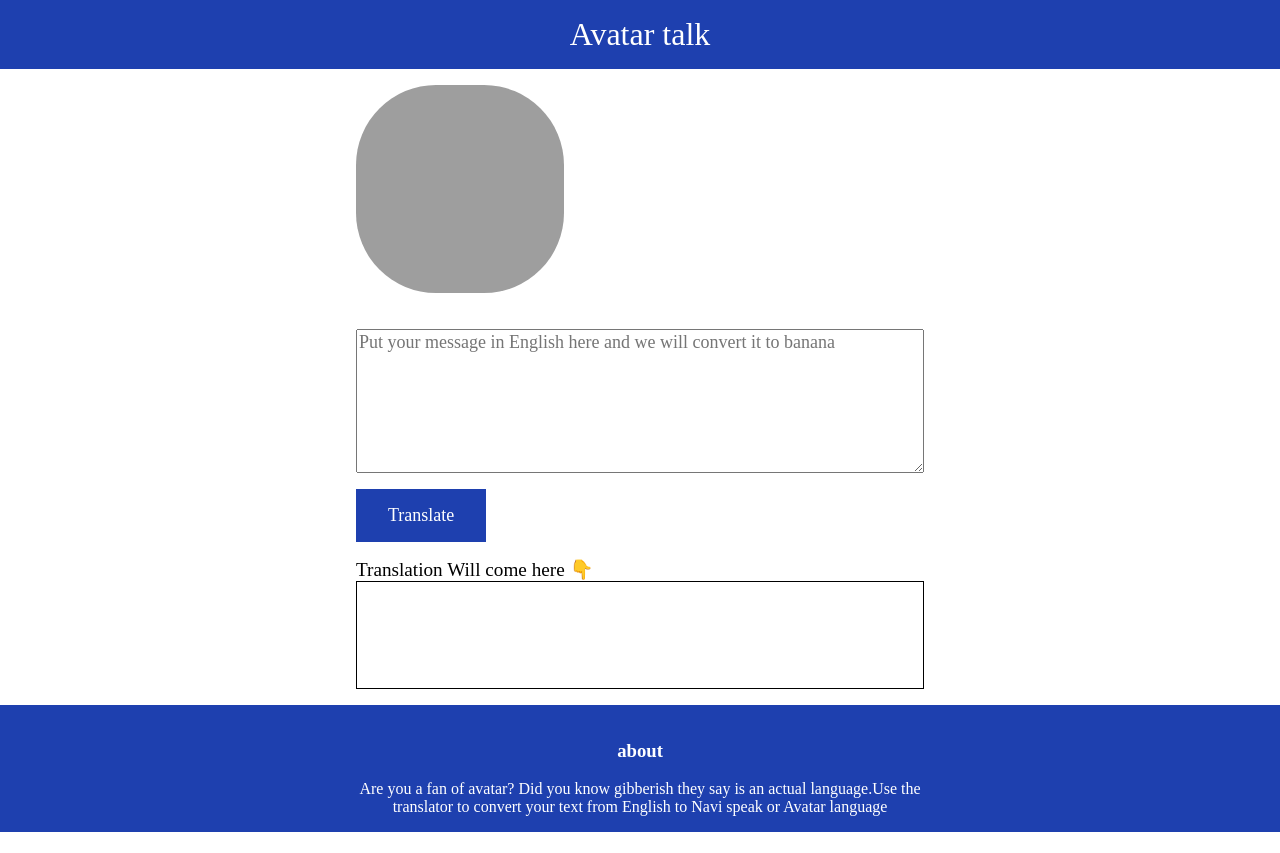
Repository: sohan2503001/Avator-speak
Page: index.html
An editor plug-in stored every save of this project. The page is shown before and after a run of saves, followed by the edit.
The browser window is 1280 px wide. The pictures show the whole page.
Pictures or frames that could not be fetched are drawn as grey boxes.

Above is the page before, as saved 2021-04-21 13:24:55.

### index.html
<!DOCTYPE html>
<html lang="en">

<head>
    <meta charset="UTF-8">
    <meta http-equiv="X-UA-Compatible" content="IE=edge">
    <meta name="viewport" content="width=device-width, initial-scale=1.0">
    <title>Avatar Speak</title>
    <link rel="stylesheet" href="style.css">
</head>

<body>
    <nav>
        <div class="head">Avatar talk</div>
    </nav>

    <main>
        <div class="images">
            <img src="https://wallpaper-mania.com/wp-content/uploads/2018/09/High_resolution_wallpaper_background_ID_77701153922.jpg" alt="avator image" >
        </div>
        <textarea id="txt-input"
            placeholder="Put your message in English here and we will convert it to banana"></textarea>
        <button id="btn-translate">Translate</button>
        <div style="font-size: larger;">Translation Will come here 👇</div>
        <div id="output"></div>
    </main>

    <footer class="footer">
        <h3 >about</h3>
        <p >Are you a fan of avatar? Did you know gibberish they
            say is an actual language.Use the translator to convert
            your text from English to Navi speak or Avatar language</p>
    </footer>
    <script src="app.js" type="text/javascript"></script>
</body>

</html>

### style.css
@import url('https://fonts.googleapis.com/css2?family=Ubuntu+Mono:ital@1&display=swap');

* {
    box-sizing: border-box;
}

:root{
    --primary-color:#1E40AF;
    --width-break:600px;
    --secondary-color:white;
}

body{
    margin: 0;
    font-family: 'Ubuntu' , cursive;
}

/**header**/
nav{
    background-color: var(--primary-color);
    text-align: center;
    margin: 0;
}

.head{
    font-size: 2rem;
    padding: 1rem;
    color: var(--secondary-color);
}

/**Center**/
main{
    margin: auto;
    padding: 1rem;
    max-width: var(--width-break);
}

img{
    height: 13rem;
    width: 13rem;
    border-radius: 5rem;
}

textarea{
    box-sizing: border-box;
    width: 100%;
    min-height: 20vh;
    display: block;
    margin-top: 2rem;
    font-family: inherit;
    font-size: large;
}

#btn-translate{
    padding: 1rem 2rem;
    margin: 1rem 0rem;
    background-color: var(--primary-color);
    border: none;
    color: var(--secondary-color);
    font-family: 'Ubuntu' , cursive;
    font-size: large;
}

#output{
    box-sizing: border-box;
    border: 1px solid black;
    min-height: 15vh;
    max-height: 20vh;
    width: 100%;
    font-size: large;
}

/**footer**/
footer{
    background-color: var(--primary-color);
    margin: 0;
    padding: 1rem;
    width: 100%;
    bottom: 0;
    text-align: center;
}

.footer h3{
    color: var(--secondary-color);
}

footer p{
    color: var(--secondary-color);
    margin: auto;
    max-width: var(--width-break);
}

### app.js
var btnTranslate = document.querySelector("#btn-translate");
var txtInput = document.querySelector("#txt-input");
var outputDiv = document.querySelector("#output");

var serverURL = "https://api.funtranslations.com/translate/navi.json"

function getTranslationURL(text) {
    return serverURL + "?" + "text=" + text
}

function clickHandler() {
    var inputText = txtInput.value;
    fetch(getTranslationURL(inputText))
        .then(response => response.json())
        .then(json => {
            var translatedText = json.contents.translated;
            outputDiv.innerHTML = translatedText;
        })
};

btnTranslate.addEventListener("click", clickHandler);

After the next 2 saves:
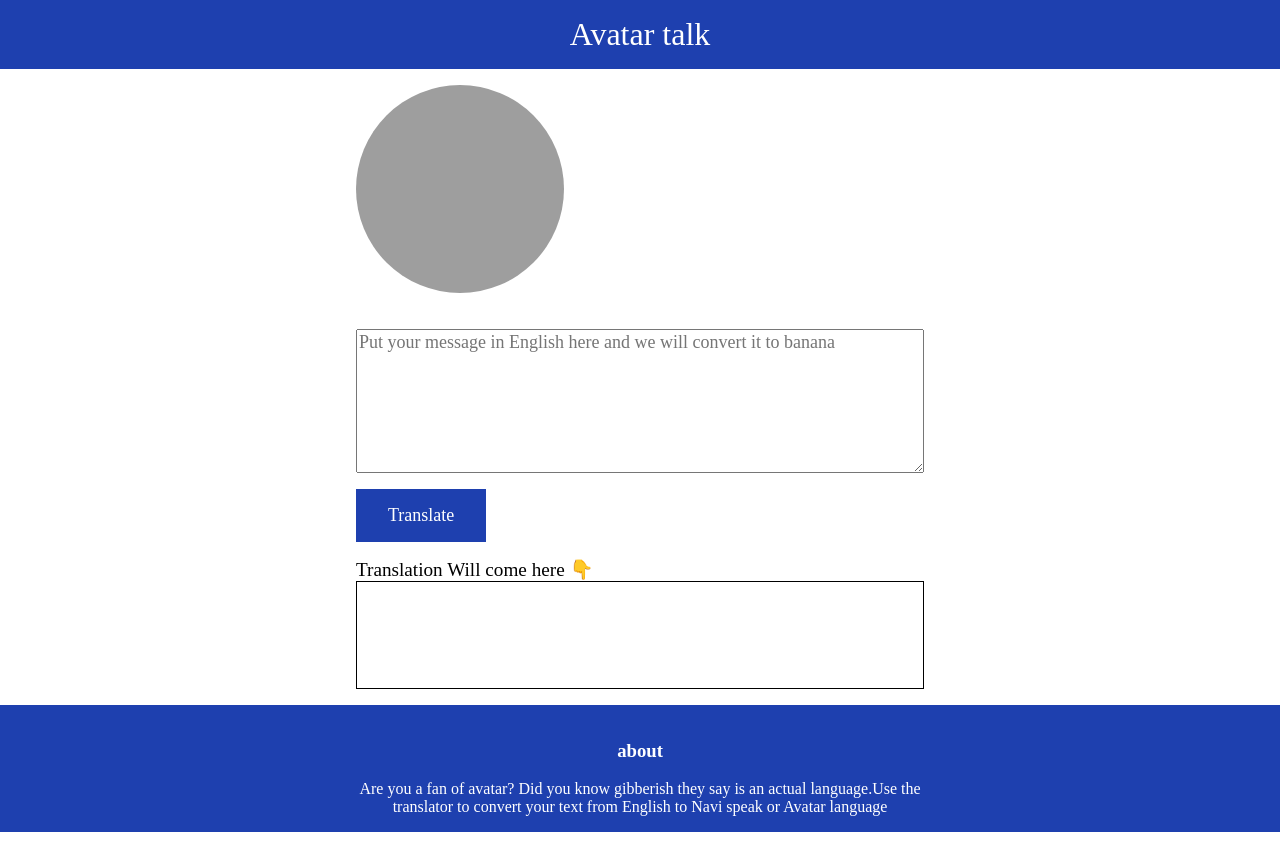
The 2 saves are shown as one change because they came seconds apart.
The last was saved 8 s later.
--- a/style.css
+++ b/style.css
@@ -38,7 +38,8 @@
 img{
     height: 13rem;
     width: 13rem;
-    border-radius: 5rem;
+    border-radius: 15rem;
+    bor
 }
 
 textarea{
